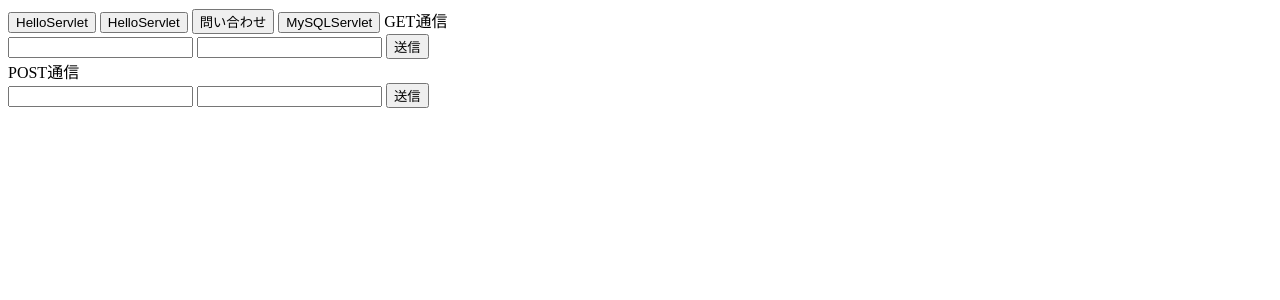
Repository: 0606kuramotomiho/test
Page: http://localhost/HelloServlet/
The author's editor kept a copy of each file at every save. The page is drawn from the files as they stood at one save, then again after the next save.
The browser window is 1280 px wide. The pictures show the whole page.
The page is served by Tomcat 9. Other server files are loaded and not shown.

Above is the page before, as saved 2018-07-04 01:37:04.

### HelloServlet/WebContent/index.jsp
<%@ page language="java" contentType="text/html; charset=UTF-8"
    pageEncoding="UTF-8"%>
<!DOCTYPE html>
<html>
<head>
<meta charset=UTF-8">
<title>HelloServlet</title>
</head>
<body>
<input type="button" value="HelloServlet" onClick="lacation.href='HelloServlet'">
<input type="button" value="HelloServlet" onClick="location.href='HelloServlet'">
<input type="button" value="問い合わせ" onClick="location.href='inquiry.jsp'">
<input type="button" value="MySQLServlet" onClick="location.href='MySQLServlet'">
GET通信
<form method="get" action="TestServlet">
<input type="text" name="username">
<input type="password" name="password">
<input type="submit" value="送信">
</form>
POST通信
<form method="post" action="TestServlet">
<input type="test" name="username">
<input type="password" name="password">
<input type="submit" value="送信">
</form>
</body>
</html>

After the next save:
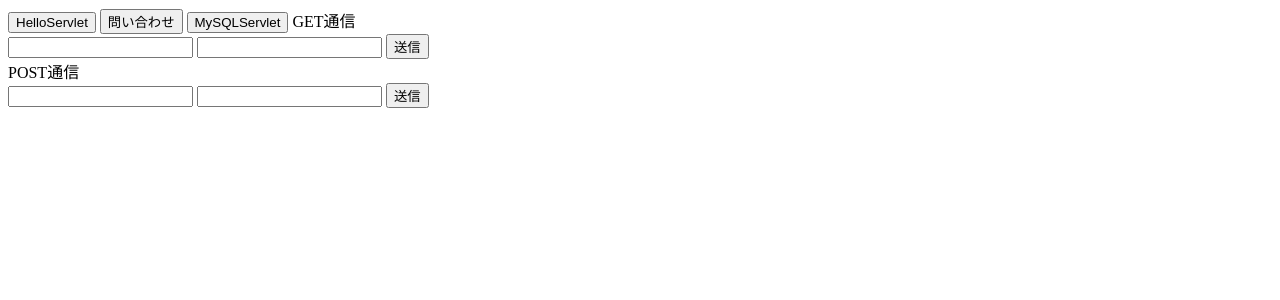
Saved 2 min 26 s later.
--- a/HelloServlet/WebContent/index.jsp
+++ b/HelloServlet/WebContent/index.jsp
@@ -7,7 +7,7 @@
 <title>HelloServlet</title>
 </head>
 <body>
-<input type="button" value="HelloServlet" onClick="lacation.href='HelloServlet'">
+
 <input type="button" value="HelloServlet" onClick="location.href='HelloServlet'">
 <input type="button" value="問い合わせ" onClick="location.href='inquiry.jsp'">
 <input type="button" value="MySQLServlet" onClick="location.href='MySQLServlet'">
